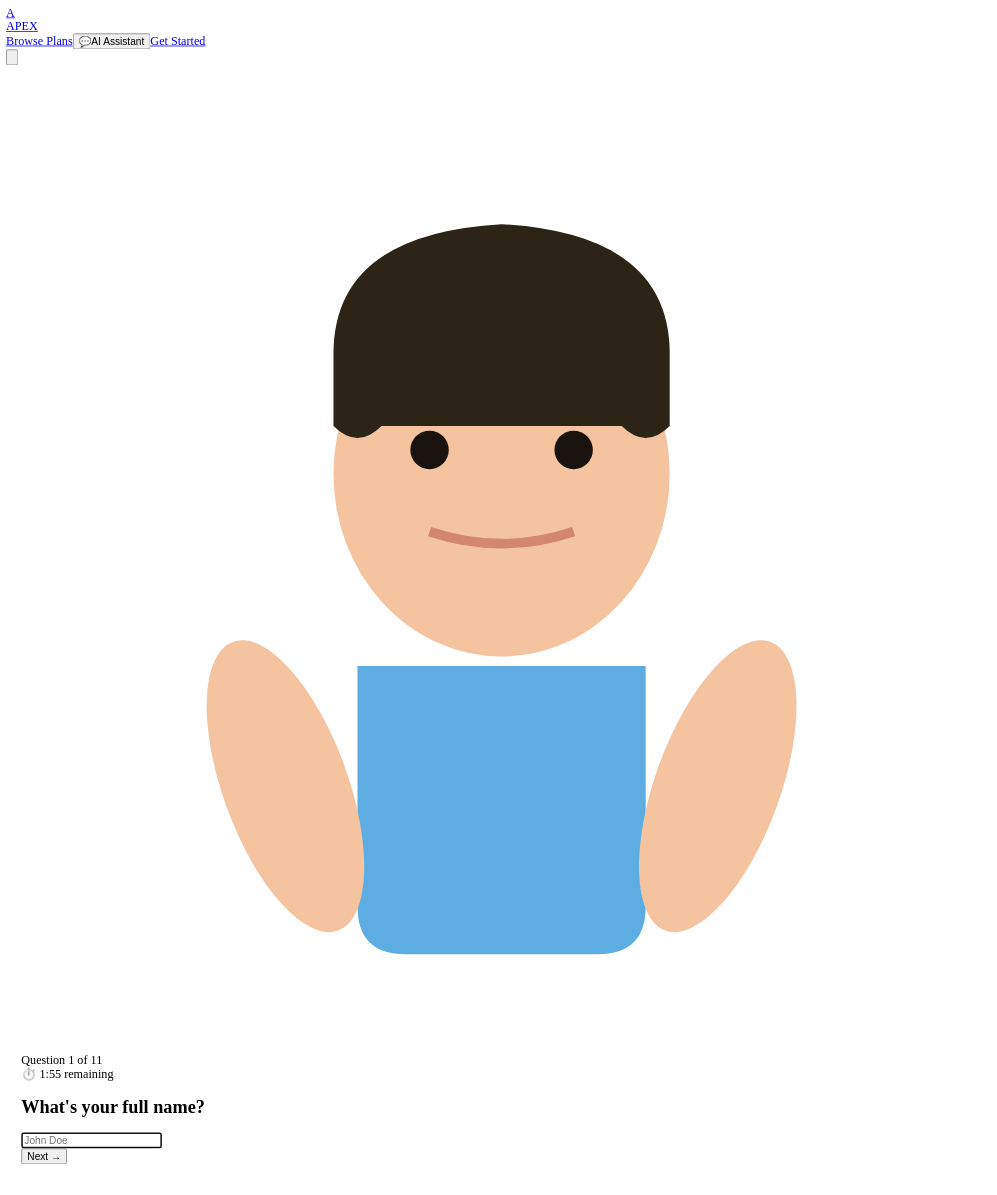
Repository: hmhhmm/Apex-AI-Driven-Insurance-Recommendation-System
Page: /onboarding/quick-assessment (app in client/)
The author's editor kept a copy of each file at every save. The page is drawn from the files as they stood at one save, then again after the next save.
The browser window is 1280 px wide. The page is 1312 px wide, so the pictures cover 1312 px, including what lies to the right of the window. The pictures show the whole page, at 76% of full size.
The project was rebuilt for these pictures with package versions that can differ from the ones it lists, and the page was loaded fresh each time. Also part of the build but not shown: client/src/components/chat/ChatHeader.tsx, client/src/components/chat/ChatMessages.tsx, client/src/components/chat/QuickActions.tsx, client/src/components/chat/ChatInput.tsx, client/src/pages/Landing.tsx, client/src/pages/Dashboard.tsx, client/src/pages/Claims.tsx, client/src/store/cartStore.ts and 9 more.

Above is the page before, as saved 2025-11-01 18:47:16.

### client/index.html
<!DOCTYPE html>
<html lang="en">
  <head>
    <meta charset="UTF-8" />
    <meta name="viewport" content="width=device-width, initial-scale=1.0" />
    <title>APEX — AI Insurance Advisor</title>
  </head>
  <body>
    <div id="root"></div>
    <script type="module" src="/src/main.tsx"></script>
  </body>
</html>

### client/src/main.tsx
import React from 'react'
import { createRoot } from 'react-dom/client'
import App from './App'
import './styles.css'

const container = document.getElementById('root')!
const root = createRoot(container)
root.render(
  <React.StrictMode>
    <App />
  </React.StrictMode>
)

### client/src/store/authStore.ts
import { create } from 'zustand'
import { persist } from 'zustand/middleware'

interface User {
  id: string
  email: string
  name: string
  hasPurchased: boolean
  activePlans?: any[]
}

interface AuthState {
  user: User | null
  isAuthenticated: boolean
  login: (email: string, password: string) => Promise<void>
  signup: (email: string, password: string, name: string) => Promise<void>
  logout: () => void
}

export const useAuthStore = create<AuthState>()(
  persist(
    (set) => ({
      user: null,
      isAuthenticated: false,

      login: async (email, password) => {
        // Mock login - replace with real API call
        await new Promise(resolve => setTimeout(resolve, 1000))

        const mockUser: User = {
          id: '1',
          email,
          name: email.split('@')[0],
          hasPurchased: false,
        }

        set({ user: mockUser, isAuthenticated: true })
      },

      signup: async (email, password, name) => {
        // Mock signup - replace with real API call
        await new Promise(resolve => setTimeout(resolve, 1000))

        const mockUser: User = {
          id: Math.random().toString(36).substr(2, 9),
          email,
          name,
          hasPurchased: false,
        }

        set({ user: mockUser, isAuthenticated: true })
      },

      logout: () => {
        set({ user: null, isAuthenticated: false })
      },
    }),
    {
      name: 'apex-auth',
    }
  )
)

### client/src/hooks/useChatPanel.ts
import { useEffect } from 'react'
import { useLocation } from 'react-router-dom'
import { useChatPanelStore } from '../store/chatPanelStore'

export const useChatPanel = () => {
  const location = useLocation()
  const {
    isOpen,
    messages,
    isTyping,
    openChat,
    closeChat,
    toggleChat,
    sendMessage,
    setContext,
    markAsRead
  } = useChatPanelStore()

  // Update context when route changes
  useEffect(() => {
    setContext(location.pathname)
  }, [location.pathname, setContext])

  // Get unread message count
  const unreadCount = messages.filter(m => !m.read && m.type === 'bot').length

  return {
    isOpen,
    messages,
    isTyping,
    unreadCount,
    openChat,
    closeChat,
    toggleChat,
    sendMessage,
    markAsRead,
    currentPage: location.pathname,
  }
}

### client/src/pages/onboarding/QuickAssessment.tsx
import { useState, useEffect } from 'react'
import { motion, AnimatePresence } from 'framer-motion'
import { useOnboardingStore } from '../../store/onboardingStore'
import { useNavigate } from 'react-router-dom'

interface Question {
  id: string
  question: string
  type: 'text' | 'number' | 'select' | 'multi-select' | 'radio'
  options?: string[]
  placeholder?: string
  validation?: {
    min?: number
    max?: number
    required?: boolean
  }
}

const questions: Question[] = [
  // Basic Info
  { id: 'fullName', question: "What's your full name?", type: 'text', placeholder: 'John Doe', validation: { required: true } },
  { id: 'email', question: "What's your email address?", type: 'text', placeholder: 'john@example.com', validation: { required: true } },
  { id: 'age', question: 'How old are you?', type: 'number', placeholder: '32', validation: { min: 18, max: 100, required: true } },
  { id: 'location', question: 'Where do you live?', type: 'text', placeholder: 'San Francisco, CA' },
  { id: 'occupation', question: "What's your occupation?", type: 'text', placeholder: 'Software Engineer' },

  // Insurance Needs
  {
    id: 'insuranceNeeds',
    question: 'What type of insurance are you looking for?',
    type: 'multi-select',
    options: ['Health Insurance', 'Life Insurance', 'Car Insurance', 'Travel Insurance']
  },
  {
    id: 'hasInsurance',
    question: 'Do you currently have insurance?',
    type: 'radio',
    options: ['Yes, and I want to switch', 'Yes, but looking for additional coverage', 'No, this is my first time']
  },

  // Health Quick Check
  {
    id: 'smoking',
    question: 'Do you smoke?',
    type: 'radio',
    options: ['Never smoked', 'Former smoker', 'Currently smoke']
  },
  {
    id: 'exercise',
    question: 'How often do you exercise?',
    type: 'radio',
    options: ['Never', '1-2 times per week', '3-4 times per week', '5+ times per week']
  },
  {
    id: 'healthConditions',
    question: 'Do you have any major health conditions?',
    type: 'radio',
    options: ['No conditions', 'Yes, but managed', 'Yes, currently treating']
  },
  {
    id: 'familyHistory',
    question: 'Family history of genetic conditions?',
    type: 'radio',
    options: ['No family history', 'Yes, some history', 'Not sure']
  },
]

export default function QuickAssessment() {
  const navigate = useNavigate()
  const { data, saveQuickAssessment } = useOnboardingStore()
  const [currentStep, setCurrentStep] = useState(0)
  const [answers, setAnswers] = useState<Record<string, any>>({})
  const [error, setError] = useState('')
  const [timeRemaining, setTimeRemaining] = useState(120) // 2 minutes in seconds
  const [direction, setDirection] = useState<'forward' | 'backward'>('forward')

  const selectedGender = data.quickAssessment?.gender || 'male'
  const currentQuestion = questions[currentStep]
  const progress = ((currentStep + 1) / questions.length) * 100
  const totalSteps = questions.length

  // Auto-save to localStorage
  useEffect(() => {
    localStorage.setItem('quickAssessmentAnswers', JSON.stringify(answers))
  }, [answers])

  // Load saved answers
  useEffect(() => {
    const saved = localStorage.getItem('quickAssessmentAnswers')
    if (saved) {
      setAnswers(JSON.parse(saved))
    }
  }, [])

  // Timer countdown
  useEffect(() => {
    const timer = setInterval(() => {
      setTimeRemaining(prev => (prev > 0 ? prev - 1 : 0))
    }, 1000)
    return () => clearInterval(timer)
  }, [])

  const formatTime = (seconds: number) => {
    const mins = Math.floor(seconds / 60)
    const secs = seconds % 60
    return `${mins}:${secs.toString().padStart(2, '0')}`
  }

  const handleAnswer = (value: any) => {
    setAnswers(prev => ({ ...prev, [currentQuestion.id]: value }))
    setError('')
  }

  const validateAnswer = () => {
    const answer = answers[currentQuestion.id]
    const validation = currentQuestion.validation

    if (validation?.required && !answer) {
      setError('This question is required')
      return false
    }

    if (currentQuestion.type === 'number') {
      const num = Number(answer)
      if (validation?.min && num < validation.min) {
        setError(`Minimum value is ${validation.min}`)
        return false
      }
      if (validation?.max && num > validation.max) {
        setError(`Maximum value is ${validation.max}`)
        return false
      }
    }

    if (currentQuestion.id === 'email') {
      const emailRegex = /^[^\s@]+@[^\s@]+\.[^\s@]+$/
      if (!emailRegex.test(answer)) {
        setError('Please enter a valid email address')
        return false
      }
    }

    return true
  }

  const handleNext = () => {
    if (!validateAnswer()) return

    setDirection('forward')
    if (currentStep < questions.length - 1) {
      setCurrentStep(prev => prev + 1)
    } else {
      // Submit
      saveQuickAssessment(answers as any)
      navigate('/onboarding/dna-test')
    }
  }

  const handleBack = () => {
    if (currentStep > 0) {
      setDirection('backward')
      setCurrentStep(prev => prev - 1)
      setError('')
    }
  }

  const slideVariants = {
    enter: (direction: string) => ({
      x: direction === 'forward' ? 300 : -300,
      opacity: 0
    }),
    center: {
      x: 0,
      opacity: 1
    },
    exit: (direction: string) => ({
      x: direction === 'forward' ? -300 : 300,
      opacity: 0
    })
  }

  return (
    <div className="min-h-screen bg-black flex flex-col items-center justify-center px-4 py-12">
      <div className="w-full max-w-3xl">
        {/* Avatar in Upper Middle */}
        <motion.div
          initial={{ opacity: 0, scale: 0.8 }}
          animate={{ opacity: 1, scale: 1 }}
          className="flex flex-col items-center mb-8"
        >
          <div className="w-24 h-24 mb-4">
            <svg viewBox="0 0 200 200" className="w-full h-full">
              {selectedGender === 'female' ? (
                <>
                  <ellipse cx="100" cy="80" rx="35" ry="40" fill="#FFD1B8" />
                  <path d="M 65 60 Q 65 30, 100 30 Q 135 30, 135 60 L 135 100 Q 135 110, 125 110 L 75 110 Q 65 110, 65 100 Z" fill="#4A3426" />
                  <circle cx="85" cy="75" r="4" fill="#2C1810" />
                  <circle cx="115" cy="75" r="4" fill="#2C1810" />
                  <path d="M 85 90 Q 100 95, 115 90" stroke="#FF8B9A" strokeWidth="2" fill="none" />
                  <circle cx="75" cy="85" r="8" fill="#FFB3C1" opacity="0.4" />
                  <circle cx="125" cy="85" r="8" fill="#FFB3C1" opacity="0.4" />
                  <path d="M 70 120 L 70 170 Q 70 180, 80 180 L 120 180 Q 130 180, 130 170 L 130 120 Z" fill="#E8B4F9" />
                  <ellipse cx="55" cy="140" rx="12" ry="30" fill="#FFD1B8" transform="rotate(-20 55 140)" />
                  <ellipse cx="145" cy="140" rx="12" ry="30" fill="#FFD1B8" transform="rotate(20 145 140)" />
                </>
              ) : (
                <>
                  <ellipse cx="100" cy="80" rx="35" ry="38" fill="#F4C4A0" />
                  <path d="M 65 55 Q 65 30, 100 28 Q 135 30, 135 55 L 135 70 Q 130 75, 125 70 L 75 70 Q 70 75, 65 70 Z" fill="#2C2416" />
                  <circle cx="85" cy="75" r="4" fill="#1A120C" />
                  <circle cx="115" cy="75" r="4" fill="#1A120C" />
                  <path d="M 85 92 Q 100 97, 115 92" stroke="#D4876F" strokeWidth="2" fill="none" />
                  <path d="M 78 68 Q 85 66, 92 68" stroke="#2C2416" strokeWidth="2.5" fill="none" />
                  <path d="M 108 68 Q 115 66, 122 68" stroke="#2C2416" strokeWidth="2.5" fill="none" />
                  <path d="M 70 120 L 70 170 Q 70 180, 80 180 L 120 180 Q 130 180, 130 170 L 130 120 Z" fill="#5DADE2" />
                  <ellipse cx="55" cy="145" rx="13" ry="32" fill="#F4C4A0" transform="rotate(-20 55 145)" />
                  <ellipse cx="145" cy="145" rx="13" ry="32" fill="#F4C4A0" transform="rotate(20 145 145)" />
                </>
              )}
            </svg>
          </div>

          {/* Progress Info */}
          <div className="text-center space-y-2 mb-4">
            <div className="text-sm text-gray-400">
              Question {currentStep + 1} of {totalSteps}
            </div>
            <div className="w-64 bg-zinc-900 rounded-full h-2">
              <motion.div
                className="bg-gradient-to-r from-blue-600 to-purple-600 h-2 rounded-full"
                initial={{ width: 0 }}
                animate={{ width: `${progress}%` }}
                transition={{ duration: 0.5 }}
              />
            </div>
            <div className="text-xs text-blue-400">
              ⏱️ {formatTime(timeRemaining)} remaining
            </div>
          </div>
        </motion.div>

        {/* Question Card Below */}
        <div className="w-full">
          <AnimatePresence mode="wait" custom={direction}>
            <motion.div
              key={currentStep}
              custom={direction}
              variants={slideVariants}
              initial="enter"
              animate="center"
              exit="exit"
              transition={{ duration: 0.3 }}
              className="glass-effect rounded-3xl p-8 md:p-12 border border-zinc-800/50"
            >
              {/* Question */}
              <h2 className="text-3xl md:text-4xl font-bold text-white mb-8">
                {currentQuestion.question}
              </h2>

              {/* Answer Input */}
              <div className="space-y-4">
                {currentQuestion.type === 'text' && (
                  <input
                    type="text"
                    value={answers[currentQuestion.id] || ''}
                    onChange={(e) => handleAnswer(e.target.value)}
                    placeholder={currentQuestion.placeholder}
                    className="w-full px-6 py-4 bg-zinc-900 border border-zinc-800 rounded-xl focus:ring-2 focus:ring-blue-500 focus:border-transparent text-white text-lg placeholder-gray-500"
                    autoFocus
                  />
                )}

                {currentQuestion.type === 'number' && (
                  <input
                    type="number"
                    value={answers[currentQuestion.id] || ''}
                    onChange={(e) => handleAnswer(e.target.value)}
                    placeholder={currentQuestion.placeholder}
                    min={currentQuestion.validation?.min}
                    max={currentQuestion.validation?.max}
                    className="w-full px-6 py-4 bg-zinc-900 border border-zinc-800 rounded-xl focus:ring-2 focus:ring-blue-500 focus:border-transparent text-white text-lg placeholder-gray-500"
                    autoFocus
                  />
                )}

                {currentQuestion.type === 'radio' && currentQuestion.options?.map((option) => (
                  <button
                    key={option}
                    onClick={() => handleAnswer(option)}
                    className={`w-full p-4 rounded-xl border-2 text-left transition-all duration-300 ${
                      answers[currentQuestion.id] === option
                        ? 'border-blue-500 bg-blue-950/30 text-white'
                        : 'border-zinc-800 bg-zinc-900 text-gray-400 hover:border-zinc-700 hover:text-white'
                    }`}
                  >
                    <div className="flex items-center gap-4">
                      <div className={`w-6 h-6 rounded-full border-2 flex items-center justify-center ${
                        answers[currentQuestion.id] === option
                          ? 'border-blue-500'
                          : 'border-zinc-600'
                      }`}>
                        {answers[currentQuestion.id] === option && (
                          <div className="w-3 h-3 rounded-full bg-blue-500" />
                        )}
                      </div>
                      <span className="text-lg">{option}</span>
                    </div>
                  </button>
                ))}

                {currentQuestion.type === 'multi-select' && currentQuestion.options?.map((option) => {
                  const selected = Array.isArray(answers[currentQuestion.id])
                    ? answers[currentQuestion.id].includes(option)
                    : false

                  return (
                    <button
                      key={option}
                      onClick={() => {
                        const current = Array.isArray(answers[currentQuestion.id])
                          ? answers[currentQuestion.id]
                          : []
                        const updated = selected
                          ? current.filter((o: string) => o !== option)
                          : [...current, option]
                        handleAnswer(updated)
                      }}
                      className={`w-full p-4 rounded-xl border-2 text-left transition-all duration-300 ${
                        selected
                          ? 'border-blue-500 bg-blue-950/30 text-white'
                          : 'border-zinc-800 bg-zinc-900 text-gray-400 hover:border-zinc-700 hover:text-white'
                      }`}
                    >
                      <div className="flex items-center gap-4">
                        <div className={`w-6 h-6 rounded border-2 flex items-center justify-center ${
                          selected ? 'border-blue-500 bg-blue-500' : 'border-zinc-600'
                        }`}>
                          {selected && <span className="text-white text-sm">✓</span>}
                        </div>
                        <span className="text-lg">{option}</span>
                      </div>
                    </button>
                  )
                })}
              </div>

              {/* Error Message */}
              {error && (
                <motion.div
                  initial={{ opacity: 0, y: -10 }}
                  animate={{ opacity: 1, y: 0 }}
                  className="mt-4 p-3 bg-red-950/30 border border-red-800/30 rounded-lg text-red-400 text-sm"
                >
                  {error}
                </motion.div>
              )}

              {/* Navigation Buttons */}
              <div className="flex gap-4 mt-8">
                {currentStep > 0 && (
                  <button
                    onClick={handleBack}
                    className="px-6 py-3 bg-zinc-900 text-gray-300 rounded-xl border border-zinc-800 hover:border-zinc-700 transition-all font-medium"
                  >
                    ← Previous
                  </button>
                )}

                <button
                  onClick={handleNext}
                  className="flex-1 px-6 py-3 bg-gradient-to-r from-blue-600 to-purple-600 text-white rounded-xl font-semibold hover:shadow-xl hover:shadow-blue-500/50 transition-all"
                >
                  {currentStep === questions.length - 1 ? 'Complete Assessment →' : 'Next →'}
                </button>
              </div>
            </motion.div>
          </AnimatePresence>
        </div>
      </div>
    </div>
  )
}

### client/src/components/chat/ChatToggleButton.tsx
import { useChatPanel } from '../../hooks/useChatPanel'

const ChatToggleButton = () => {
  const { isOpen, toggleChat, unreadCount } = useChatPanel()

  return (
    <button
      onClick={toggleChat}
      className="relative flex items-center gap-2 px-4 py-2 bg-gradient-to-r from-blue-600 to-purple-600 text-white rounded-lg hover:shadow-lg hover:shadow-blue-500/50 transition-all duration-300"
      title="Toggle AI Assistant (Cmd/Ctrl + K)"
    >
      <span className="text-xl">💬</span>
      <span className="hidden sm:inline font-medium">AI Assistant</span>

      {!isOpen && unreadCount > 0 && (
        <span className="absolute -top-1 -right-1 w-5 h-5 bg-red-500 rounded-full text-xs flex items-center justify-center font-bold animate-pulse">
          {unreadCount}
        </span>
      )}
    </button>
  )
}

export default ChatToggleButton

Loaded but not shown: client/src/styles.css (681 lines, source omitted); client/src/components/layout/Navigation.tsx (172 lines, source omitted); client/src/store/chatPanelStore.ts (182 lines, source omitted); client/src/store/onboardingStore.ts (165 lines, source omitted); client/src/App.tsx (89 lines, source omitted); client/src/components/chat/ChatPanel.tsx (70 lines, source omitted); client/src/hooks/useKeyboardShortcut.ts (58 lines, source omitted)

After the next save:
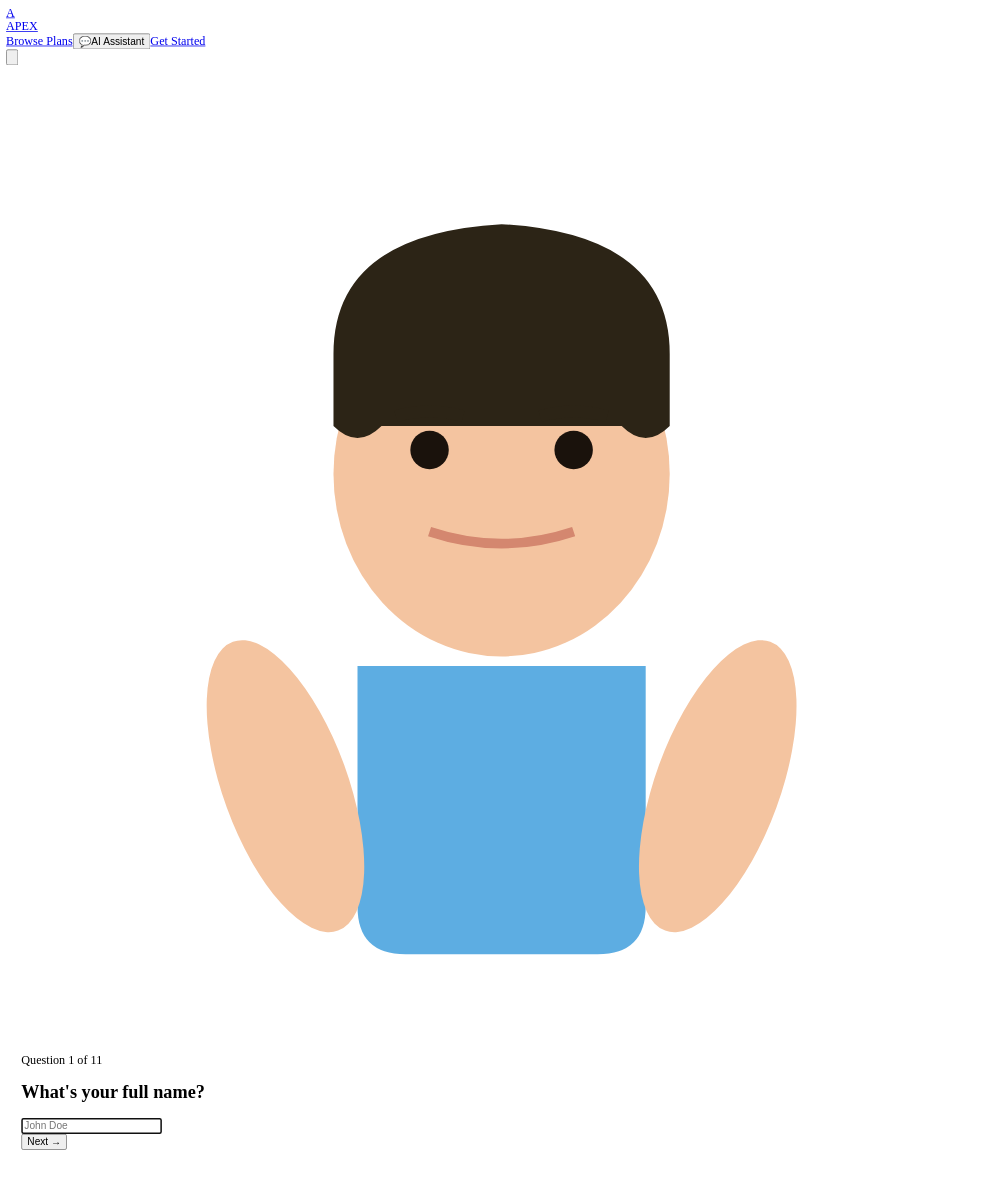
Saved 104 s later.
--- a/client/src/pages/onboarding/QuickAssessment.tsx
+++ b/client/src/pages/onboarding/QuickAssessment.tsx
@@ -180,15 +180,15 @@ export default function QuickAssessment() {
   }
 
   return (
-    <div className="min-h-screen bg-black flex flex-col items-center justify-center px-4 py-12">
-      <div className="w-full max-w-3xl">
+    <div className="h-screen bg-black flex flex-col items-center justify-center px-4 py-6 overflow-hidden">
+      <div className="w-full max-w-2xl flex flex-col items-center">
         {/* Avatar in Upper Middle */}
         <motion.div
           initial={{ opacity: 0, scale: 0.8 }}
           animate={{ opacity: 1, scale: 1 }}
-          className="flex flex-col items-center mb-8"
+          className="flex flex-col items-center mb-6"
         >
-          <div className="w-24 h-24 mb-4">
+          <div className="w-20 h-20 mb-3">
             <svg viewBox="0 0 200 200" className="w-full h-full">
               {selectedGender === 'female' ? (
                 <>
@@ -221,26 +221,23 @@ export default function QuickAssessment() {
           </div>
 
           {/* Progress Info */}
-          <div className="text-center space-y-2 mb-4">
+          <div className="text-center space-y-2">
             <div className="text-sm text-gray-400">
               Question {currentStep + 1} of {totalSteps}
             </div>
-            <div className="w-64 bg-zinc-900 rounded-full h-2">
+            <div className="w-48 bg-zinc-900 rounded-full h-1.5">
               <motion.div
-                className="bg-gradient-to-r from-blue-600 to-purple-600 h-2 rounded-full"
+                className="bg-gradient-to-r from-blue-600 to-purple-600 h-1.5 rounded-full"
                 initial={{ width: 0 }}
                 animate={{ width: `${progress}%` }}
                 transition={{ duration: 0.5 }}
               />
             </div>
-            <div className="text-xs text-blue-400">
-              ⏱️ {formatTime(timeRemaining)} remaining
-            </div>
           </div>
         </motion.div>
 
         {/* Question Card Below */}
-        <div className="w-full">
+        <div className="w-full flex-1 flex items-center">
           <AnimatePresence mode="wait" custom={direction}>
             <motion.div
               key={currentStep}
